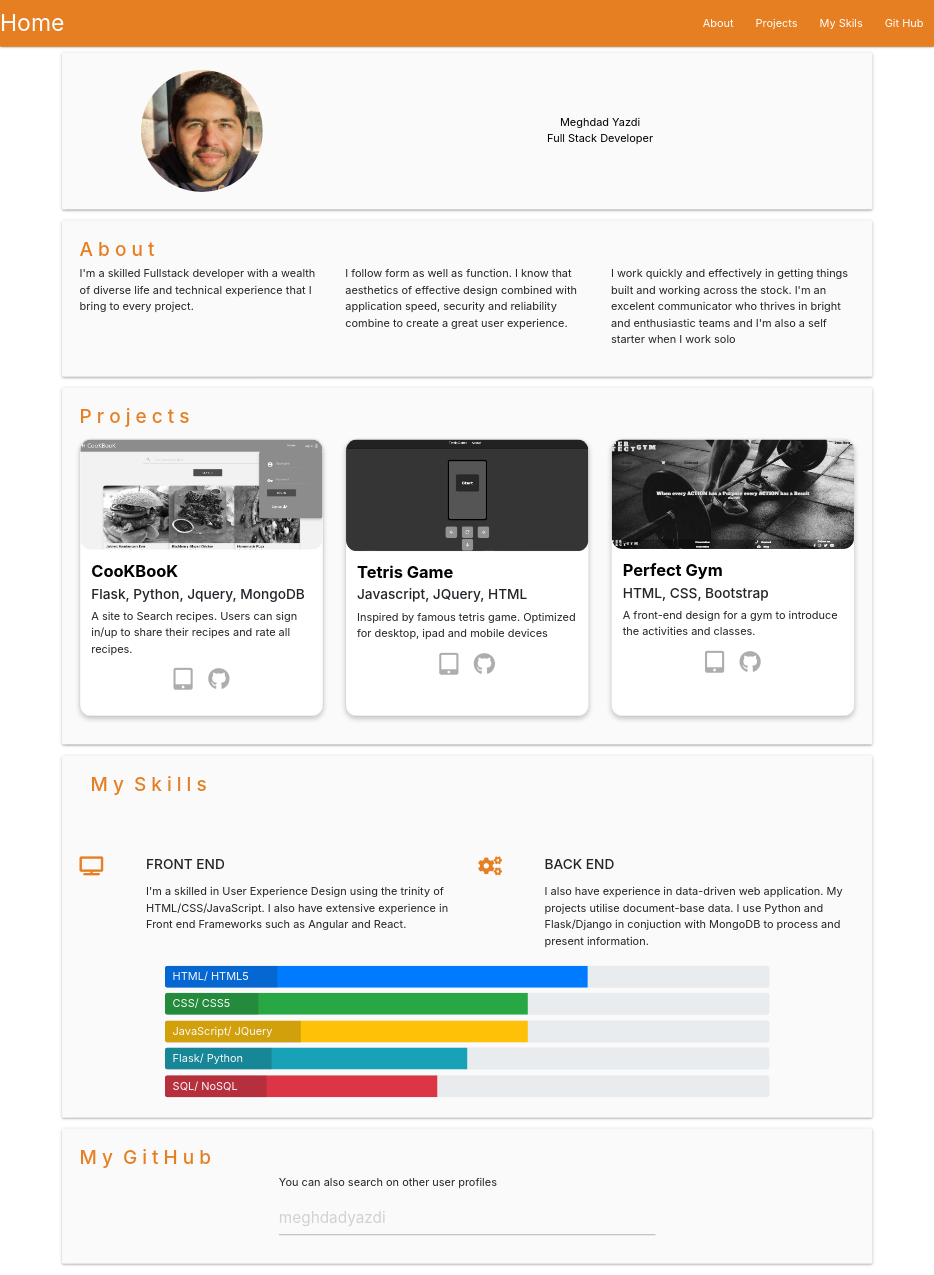
Repository: meghdadyazdi/SD_Res
Page: index.html
The author's editor kept a record of every edit. The page is drawn from the files as they stood at one moment, then again after the next edit.
The browser window is 1280 px wide. The pictures show the whole page, at 73% of full size.
Some web libraries are served in a nearby version.

Above is the page before.
Console error: ReferenceError: $ is not defined

### index.html
<!DOCTYPE html>
<html lang="en">

<head>
  <meta charset="UTF-8">
  <meta name="viewport" content="width=device-width, initial-scale=1.0">
  <meta http-equiv="X-UA-Compatible" content="ie=edge">
  <link rel="stylesheet" href="https://cdnjs.cloudflare.com/ajax/libs/materialize/1.0.0/css/materialize.min.css">
  <link href="https://fonts.googleapis.com/icon?family=Material+Icons" rel="stylesheet">
  <link rel="stylesheet" href="assets/style.css" type="text/css" />
  <link href="https://fonts.googleapis.com/css?family=Raleway:100,100i,200,200i,300,300i,400,400i,500,500i,600,600i,700,700i,800,800i,900,900i&display=swap&subset=latin-ext" rel="stylesheet">
  <link rel="stylesheet" href="https://stackpath.bootstrapcdn.com/bootstrap/4.4.1/css/bootstrap.min.css" integrity="sha384-Vkoo8x4CGsO3+Hhxv8T/Q5PaXtkKtu6ug5TOeNV6gBiFeWPGFN9MuhOf23Q9Ifjh" crossorigin="anonymous">
  <link href="https://fonts.googleapis.com/css?family=Roboto+Slab:400,700&display=swap" rel="stylesheet">
  <link rel="stylesheet" href="https://use.fontawesome.com/releases/v5.6.1/css/all.css"
		integrity="sha384-gfdkjb5BdAXd+lj+gudLWI+BXq4IuLW5IT+brZEZsLFm++aCMlF1V92rMkPaX4PP" crossorigin="anonymous">
  <link href="https://fonts.googleapis.com/css?family=Dosis&display=swap" rel="stylesheet">
  <script type="text/javascript" src="assets/js/github-information.js"></script>
  <title>Meghdad Yazdi's Resume</title>
</head>

<body>



  <nav>
    <div class="nav-wrapper">
      <a href="#index.html" class="brand-logo">Home</a>
      <a href="#" data-target="mobile-demo" class="sidenav-trigger"><i class="material-icons">menu</i></a>
      <ul class="right hide-on-med-and-down">
        <li><a href="#about">About</a></li>
        <li><a href="#projects">Projects</a></li>
        <li><a href="#skills">My Skils</a></li>
        <li><a href="#github">Git Hub</a></li>
      </ul>
    </div>
    <ul class="sidenav text-font" id="mobile-demo">
        <li><a href="#about">About</a></li>
        <li><a href="#projects">Projects</a></li>
        <li><a href="#skills">My Skils</a></li>
        <li><a href="#github">Git Hub</a></li>
    </ul>
  </nav>


  <section class="container">
    <div class="card-panel grey lighten-5 z-depth-1">
      <div class="row valign-wrapper">
        <div class="col-sm-4 center">
          <!--<div class="col my_img">-->
          <img src="assets/images/meghdad_res2.jpg" alt="" class="circle responsive-img center">
          <!-- notice the "circle" class -->
          <!--</div>-->
        </div>
        <div class="col-sm-8 center">
          <div class="row">
            <div class="col-sm-12 center">
              <span class="black-text name-font">
                Meghdad Yazdi
              </span>
            </div>
            <div class="col-sm-12 center">
              <span class="black-text my-font">
                Full Stack Developer
              </span>
            </div>
          </div>
        </div>
      </div>
    </div>
  </section>

  <section class="container">
    <div class="card-panel grey lighten-5 z-depth-1">
      <div class="row">
        <div class="col-sm-12 text-font">
          <h3 id="about" class="three-reasons-icon">A b o u t</h3>
        </div>
        <div class="col-sm-6 col-md-4 text-font m0">

          <p>
            I'm a skilled Fullstack developer with a wealth of diverse life and technical experience that I bring to every project.
          </p>
        </div>
        <div class="col-sm-6 col-md-4 text-font m0">
          <!--<h3>HOW DO I DO IT?</h3>-->
          <p>
            I follow form as well as function. I know that aesthetics of effective design combined with application speed, security and reliability combine to create a great user experience.
          </p>
        </div>
        <div class="col-sm-6 col-md-4 text-font m0">
          <!--<h3>WHY HIRE ME</h3>-->
          <p>
            I work quickly and effectively in getting things built and working across the stock. I'm an excelent communicator who thrives in bright and enthusiastic teams and I'm also a self starter when I work solo
          </p>
        </div>
      </div>
    </div>
  </section>


  <section class="container">
    <div class="card-panel grey lighten-5 z-depth-1">

      <div class="row align-items-center">
        <div class="col-sm-12 text-font">
          <h3 id="projects" class="three-reasons-icon">P r o j e c t s</h3>
        </div>

      <div class="col-sm-12 col-md-6 col-lg-4">
      <div id="cook" class="card">
        <img id="img-cook"  src="assets/images/cookbook.png" alt="CooKBooK" class="work-img" style="width:100%">
        <div class="container">
          <h4><b>CooKBooK</b></h4>
          <h5>Flask, Python, Jquery, MongoDB</h5>
          <p>A site to Search recipes. Users can sign in/up to share their recipes and rate all recipes.</p>
          <div class="par"><a href="https://cookbook-meghdad.herokuapp.com" target="_blank"><i class="fas fa-tablet-alt"></i></a>
          &nbsp&nbsp&nbsp&nbsp<a href="https://github.com/meghdadyazdi/cookbook" target="_blank"><i class="fab fa-github"></i></a></div>
        </div>
      </div>
      </div>


      <div class="col-sm-12 col-md-6 col-lg-4">
      <div id="tetris" class="card">
        <img id="img-tetris" src="assets/images/Tetris.png" alt="Tetris Game" class="work-img" style="width:100%">
        <div class="container">
          <h4><b>Tetris Game</b></h4>
          <h5>Javascript, JQuery, HTML</h5>
          <p>Inspired by famous tetris game. Optimized for desktop, ipad and mobile devices</p>
          <div class="par"><a href="https://meghdadyazdi.github.io/IFD-Milestone/" target="_blank"><i class="fas fa-tablet-alt"></i></a>
          &nbsp&nbsp&nbsp&nbsp<a href="https://github.com/meghdadyazdi/IFD-Milestone" target="_blank"><i class="fab fa-github"></i></a></div>
        </div>
      </div>
      </div>


      <div class="col-sm-12 col-md-6 col-lg-4">
      <div id="gym" class="card">
        <img id="img-gym" src="assets/images/gym.png" alt="Gym" class="work-img" style="width:100%">
        <div class="container">
          <h4><b>Perfect Gym</b></h4>
          <h5>HTML, CSS, Bootstrap</h5>
          <p>A front-end design for a gym to introduce the activities and classes.</p>
          <div class="par"><a href="https://meghdadyazdi.github.io/UCFD-Milestone/index.html" target="_blank"><i class="fas fa-tablet-alt"></i></a>
          &nbsp&nbsp&nbsp&nbsp<a href="https://github.com/meghdadyazdi/UCFD-Milestone" target="_blank"><i class="fab fa-github"></i></a></div>
        </div>
      </div>
      </div>

      </div>

    </div>
  </section>

  <section class="container">
    <div class="card-panel grey lighten-5 z-depth-1">

                <div class="col-sm-12 text-font">
                   <h3 id="skills" class="three-reasons-icon">M y  &nbspS k i l l s</h3>
                </div>
                <div class="row">
                    <div class="col-10 offset-1 offset-sm-0 col-sm-6">
                        <div class="row">
                            <div class="col-2">
                                <i class="three-reasons-icon fa fa-tv" aria-hiden="true"></i>
                            </div>
                            <div class="col-10">
                                <h5 class="three-reasons-heading uppercase">FRONT END</h5>
                                <p>I'm a skilled in User Experience Design using the trinity of HTML/CSS/JavaScript.
                                I also have extensive experience in Front end Frameworks such as Angular and React.
                                </p>
                            </div>
                        </div>
                    </div>
                    <div class="col-10 offset-1 offset-sm-0 col-sm-6">
                        <div class="row">
                            <div class="col-2">
                                <i class="three-reasons-icon fa fa-cogs" aria-hiden="true"></i>
                            </div>
                            <div class="col-10">
                                <h5 class="three-reasons-heading uppercase">BACK END</h5>
                                <p>
                                    I also have experience in data-driven web application. My projects utilise document-base data. I use Python and Flask/Django in conjuction with MongoDB to process and present information.
                                </p>
                            </div>
                        </div>
                    </div>
                </div>


                <div class="row progress-section">
                    <div class="col">
                        <div class="progress">
                            <div class="progress-bar" role="progressbar" aria-valuenow="90" aria-valuemin="0" aria-valuemax="100" style="width:70%;">
                                <span class="sr-only">70% complete</span>
                            </div>
                            <span class="progress-type progress-font">HTML/ HTML5</span>
                        </div>
                        <div class="progress">
                            <div class="progress-bar bg-success" role="progressbar" aria-valuenow="70" aria-valuemin="0" aria-valuemax="100" style="width:60%;">
                                <span class="sr-only">600% complete</span>
                            </div>
                            <span class="progress-type progress-font">CSS/ CSS5</span>
                        </div>

                        <div class="progress">
                            <div class="progress-bar bg-warning" role="progressbar" aria-valuenow="80" aria-valuemin="0" aria-valuemax="100" style="width:60%;">
                                <span class="sr-only">60% complete</span>
                            </div>
                            <span class="progress-type progress-font">JavaScript/ JQuery</span>
                        </div>
                        <div class="progress">
                            <div class="progress-bar bg-info" role="progressbar" aria-valuenow="75" aria-valuemin="0" aria-valuemax="100" style="width:50%;">
                                <span class="sr-only">50% complete</span>
                            </div>
                            <span class="progress-type progress-font">Flask/ Python</span>
                        </div>
                        <div class="progress">
                            <div class="progress-bar bg-danger" role="progressbar" aria-valuenow="80" aria-valuemin="0" aria-valuemax="100" style="width:45%;">
                                <span class="sr-only">45% complete</span>
                            </div>
                            <span class="progress-type progress-font">SQL/ NoSQL</span>
                        </div>
                    </div>
                </div>

    </div>
  </section>

  <section class="container">
    <div class="card-panel grey lighten-5 z-depth-1">
      <div class="row bg-color-contact">

        <div class="col-sm-12 text-font">
                   <h3 id="github" class="three-reasons-icon">M y &nbspG i t H u b</h3>
                </div>

        <div class="col-md-6 offset-md-3 center-form text-font">

          <p>
            You can also search on other user profiles
          </p>

        </div>
        <div class="col-md-6 offset-md-3 center-form text-font">
          <input type="text" id="gh-username" placeholder="meghdadyazdi" value="" oninput="fetchGitHubInformation()" />
          <div id="gh-user-data"></div>
          <div id="gh-repo-data"></div>
        </div>
      </div>
    </div>
  </section>












</body>
<script src="https://cdnjs.cloudflare.com/ajax/libs/jquery/3.4.1/jquery.min.js" integrity="sha256-CSXorXvZcTkaix6Yvo6HppcZGetbYMGWSFlBw8HfCJo=" crossorigin="anonymous"></script>
<script src="https://cdnjs.cloudflare.com/ajax/libs/materialize/1.0.0/js/materialize.min.js"></script>
<script type="text/javascript" src="assets/js/jquery.js"></script>
<script type="text/javascript" src="">
  $(document).ready(function() {
    $('.sidenav').sidenav();
  });
</script>

</html>

### assets/style.css
@import url('https://fonts.googleapis.com/css?family=Roboto:100,200,300,400,500,600,700|Exo:100,200,300,400,500,600,700');

nav {
    background-color: #e67e22;
}

.sidenav {
    width: 120px;
}

.row .col.m2 {
    width: 50%;
    margin: 0;
}

.row .col.s12 {
    width: 50%;
    margin: 0;
}

.card-panel{
    position: relative;
}

.dark-bg{
    background-color: #676767;
}

.center {
  display: block;
  margin-left: auto;
  margin-right: auto;
  width: 50%;
}

img.responsive-img, video.responsive-video {
    max-width: 50%;
}
.name_font{
    /*font-family: 'Dosis', sans-serif;*/
    font-family: "Roboto", sans-serif;
    font-size: 2.5rem;
    font-weight: 400;
    text-align: center;
}
.my_font{
    /*font-family: 'Dosis', sans-serif;*/
    font-family: "Roboto", sans-serif;
    font-size: 2rem;
    /*text-align: center;*/
    font-weight: 100;
}
.text_font{
    /*font-family: 'Dosis', sans-serif;*/
    font-family: "Exo", sans-serif;
    font-size: 1rem;
    /*text-align: center;*/
    font-weight: 400;
}
.row{
    margin: 0;
}

.m0{
  margin: 0 !important;
}

.p0{
  padding: 0 !important;
}

.row .col-sm-6{
  margin-top: 5rem;
}

a:hover {
    color: #fff !important;
    text-decoration: none !important;
}

.card {
  box-shadow: 0 4px 8px 0 rgba(0,0,0,0.2);
  transition: 0.3s;
  width: 100%;
  height: 380px;
  border-radius: 15px !important;
  border: 0px solid rgba(0,0,0,.125);
}

.card:hover {
  box-shadow: 0 8px 90px 0 rgba(0,0,0,1);
}

.mauto{
  margin: auto !important;
}

.fa-tablet-alt{
  font-size: 30px;
  color: #adadad
}

.fa-tablet-alt:hover{
  transform: rotate(5deg);
  color: #5a5a5a;
}

.fa-github{
  font-size: 30px;
  color: #adadad
}

.fa-github:hover{
  transform: rotate(5deg);
  color: #5a5a5a;
}

.par{
  text-align: center;
}

.work-img{
  filter: grayscale(100%);
}

#img-cook,
#img-tetris,
#img-gym{
  border-radius: 15px;
}

h4{
  margin-top: 1rem !important;
  color: #000;
}

.card-img{

}

/*__________________________Skils______________________________*/

.progress{
    position: relative;
    height: 30px !important;
    margin-bottom: 4px;
}

.progress-type{
    position: absolute;
    left: 0;
    font-weight: 400;
    padding: 4px 39px 19px 10px;
    color: #fafafa;
    background-color: rgba(25,25,25,.2)
}

.progress-section{
    margin: 0px auto!important;
    width: 80%;
}

.progress-font{
  font-size: 15px;
}

/*___________________________three reason___________________________________*/

.three-reasons-icon{
    font-size: 26px;
    color: #e67e22;
}

.three-reasons-heading{
    margin-bottom: 15px;
}


/*__________________________Github_____________________________*/
#search-area {
  display: block;
  max-width: 70%;
  margin: 0 auto;
  background: #fff;
  padding: 15px 25px;
  -webkit-box-shadow: 1px 2px 3px -1px rgba(0, 0, 0, 0.4);
  -moz-box-shadow: 1px 2px 3px -1px rgba(0, 0, 0, 0.4);
  box-shadow: 1px 2px 3px -1px rgba(0, 0, 0, 0.4);
  -webkit-border-radius: 4px;
  -moz-border-radius: 4px;
  border-radius: 4px;
}

#gh-api-data {
  display: block;
  padding: 25px 0;
}

#loader {
  display: block;
  width: 200px;
  height: 200px;
  margin: 0 auto;
}


/* page content styles */

.small-name {
  font-size: 0.75em;
  color: #a9a9a9;
  font-style: italic;
}

.avi {
  float: left;
  margin-right: 7px;
  margin-bottom: 7px;
}

.avi img {
  border: 1px solid #ccc;
  padding: 3px;
}

.repo-list {
  display: block;
  clear: both;
  width: 100%;
}

.repo-list ul {
  font-size: 1.2em;
}

.repo-list ul li {
  display: block;
}

.repo-list ul li a {
  font-weight: bold;
  padding: 6px 9px;
  display: block;
  float: left;
  margin-right: 10px;
  margin-bottom: 10px;
  text-decoration: none;
  border: 1px solid #356492;
  -webkit-border-radius: 3px;
  -moz-border-radius: 3px;
  border-radius: 3px;
  color: #fff;
  background-color: #3673af;
  background-image: -webkit-gradient(linear, left top, left bottom, from(#5597d8), to(#3673af));
  background-image: -webkit-linear-gradient(top, #5597d8, #3673af);
  background-image: -moz-linear-gradient(top, #5597d8, #3673af);
  background-image: -ms-linear-gradient(top, #5597d8, #3673af);
  background-image: -o-linear-gradient(top, #5597d8, #3673af);
  background-image: linear-gradient(top, #5597d8, #3673af);
}

.repo-list ul li a:hover {
  background-color: #396895;
  background-image: -webkit-gradient(linear, left top, left bottom, from(#4b87c2), to(#396895));
  background-image: -webkit-linear-gradient(top, #4b87c2, #396895);
  background-image: -moz-linear-gradient(top, #4b87c2, #396895);
  background-image: -ms-linear-gradient(top, #4b87c2, #396895);
  background-image: -o-linear-gradient(top, #4b87c2, #396895);
  background-image: linear-gradient(top, #4b87c2, #396895);
}

.repo-list ul li a:active {
  -webkit-box-shadow: inset 0 3px 5px rgba(0, 0, 0, 0.25);
  -moz-box-shadow: inset 0 3px 5px rgba(0, 0, 0, 0.25);
  box-shadow: inset 0 3px 5px rgba(0, 0, 0, 0.25);
}

.repo-list ul li a span {
  font-family: "Courier New", Courier, "Lucida Typewriter", monospace;
  font-size: 0.9em;
}

/* input field */

#gh-username {
  display: block;
  padding: 0;
  font-size: 1.4em;
  color: #666;
  /*max-width: 550px;*/
  margin-bottom: 15px;
}


#gh-submit {
  display: inline-block;
  padding: 8px 18px;
  font-size: 14px;
  font-weight: bold;
  color: #444;
  text-decoration: none;
  text-shadow: 0 1px 0 rgba(255, 255, 255, 0.8);
  background-color: #eaeaea;
  background-image: -webkit-linear-gradient(#fafafa, #eaeaea);
  background-image: -moz-linear-gradient(#fafafa, #eaeaea);
  background-image: -ms-linear-gradient(top, #fafafa, #eaeaea);
  background-image: -o-linear-gradient(top, #fafafa, #eaeaea);
  background-image: linear-gradient(#fafafa, #eaeaea);
  border-radius: 3px;
  border: 1px solid #ddd;
  border-bottom-color: #c5c5c5;
  -webkit-box-shadow: 0 1px 3px rgba(0, 0, 0, 0.05);
  -moz-box-shadow: 0 1px 3px rgba(0, 0, 0, 0.05);
  box-shadow: 0 1px 3px rgba(0, 0, 0, 0.05);
}

#gh-submit:hover {
  background-color: #dadada;
  background-image: -webkit-linear-gradient(#eaeaea, #dadada);
  background-image: -moz-linear-gradient(#eaeaea, #dadada);
  background-image: -ms-linear-gradient(top, #eaeaea, #dadada);
  background-image: -o-linear-gradient(top, #eaeaea, #dadada);
  background-image: linear-gradient(#eaeaea, #dadada);
  border-color: #ccc #ccc #b5b5b5;
}

#gh-submit:active {
  background-color: #dadada;
  background-image: none;
  border-color: #b5b5b5;
  -webkit-box-shadow: inset 0 3px 5px rgba(0, 0, 0, 0.25);
  -moz-box-shadow: inset 0 3px 5px rgba(0, 0, 0, 0.25);
  box-shadow: inset 0 3px 5px rgba(0, 0, 0, 0.25);
}

### assets/js/github-information.js
function userInformationHTML(user) {
    return `
        <h2>${user.name}
            <span class="small-name">
                (@<a href="${user.html_url}" target="_blank">${user.login}</a>)
            </span>
        </h2>
        <div class="gh-content">
            <div class="gh-avatar">
                <a href="${user.html_url}" target="_blank">
                    <img src="${user.avatar_url}" width="80" height="80" alt="${user.login}" />
                </a>
            </div>
            <p>Followers: ${user.followers} - Following ${user.following} <br> Repos: ${user.public_repos}</p>
        </div>`;
}

function repoInformationHTML(repos) {
    if (repos.length == 0) {
        return `<div class="clearfix repo-list">No repos!</div>`;
    }

    var listItemsHTML = repos.map(function(repo) {
        return `<li>
                    <a href="${repo.html_url}" target="_blank">${repo.name}</a>
                </li>`;
    });

    return `<div class="clearfix repo-list">
                <p>
                    <strong>Repo List:</strong>
                </p>
                <ul>
                    ${listItemsHTML.join("\n")}
                </ul>
            </div>`;
}

function fetchGitHubInformation(event) {
    $("#gh-user-data").html("");
    $("#gh-repo-data").html("");

    var username = $("#gh-username").val();
    if (!username) {
        $("#gh-user-data").html(`<h6>Please enter a GitHub username</h6>`);
        return;
    }

    $("#gh-user-data").html(
        `<div id="loader">
            <img src="images/loader.gif" alt="loading..." />
        </div>`);

    $.when(
        $.getJSON(`https://api.github.com/users/${username}`),
        $.getJSON(`https://api.github.com/users/${username}/repos`)
    ).then(
        function(firstResponse, secondResponse) {
            var userData = firstResponse[0];
            var repoData = secondResponse[0];
            $("#gh-user-data").html(userInformationHTML(userData));
            $("#gh-repo-data").html(repoInformationHTML(repoData));
        },
        function(errorResponse) {
            if (errorResponse.status === 404) {
                $("#gh-user-data").html(
                    `<h2>No info found for user ${username}</h2>`);
            } else if (errorResponse.status === 403) {
                var resetTime = new Date(errorResponse.getResponseHeader('X-RateLimit-Reset') * 1000);
                $("#gh-user-data").html(`<h4>Too many requests, please wait until ${resetTime.toLocaleTimeString()}</h4>`);
            }
            else {
                console.log(errorResponse);
                $("#gh-user-data").html(
                    `<h2>Error: ${errorResponse.responseJSON.message}</h2>`);
            }
        });
}

$(document).ready(fetchGitHubInformation);

### assets/js/jquery.js
$(document).ready(function(){
    $('.sidenav').sidenav();
    $('#cook').mouseenter(function (){
        $('#img-cook').removeClass('work-img');
    });
    $('#cook').mouseleave(function (){
        $('#img-cook').addClass('work-img');
    });
    $('#tetris').mouseenter(function (){
        $('#img-tetris').removeClass('work-img');
    });
    $('#tetris').mouseleave(function (){
        $('#img-tetris').addClass('work-img');
    });
    $('#gym').mouseenter(function (){
        $('#img-gym').removeClass('work-img');
    });
    $('#gym').mouseleave(function (){
        $('#img-gym').addClass('work-img');
    });

    $("a").on('click', function(event) {

    // Make sure this.hash has a value before overriding default behavior
    if (this.hash !== "") {
      // Prevent default anchor click behavior
      event.preventDefault();

      // Store hash
      var hash = this.hash;

      // Using jQuery's animate() method to add smooth page scroll
      // The optional number (800) specifies the number of milliseconds it takes to scroll to the specified area
      $('html, body').animate({
        scrollTop: $(hash).offset().top
      }, 1000, function(){

        // Add hash (#) to URL when done scrolling (default click behavior)
        window.location.hash = hash;
      });
    } // End if
  });
  });

After the next edit:
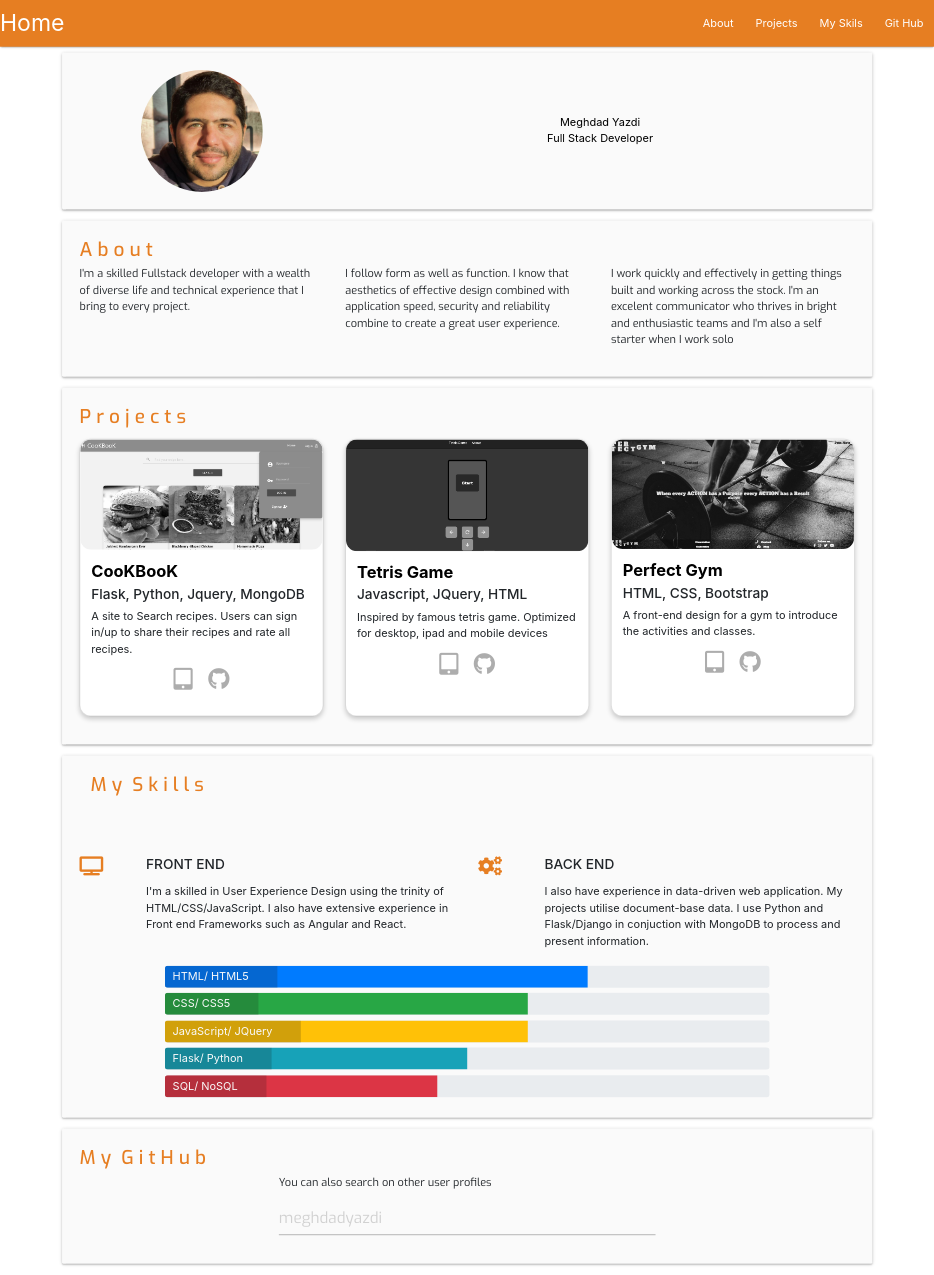
The edit:
--- a/assets/style.css
+++ b/assets/style.css
@@ -50,7 +50,7 @@
     /*text-align: center;*/
     font-weight: 100;
 }
-.text_font{
+.text-font{
     /*font-family: 'Dosis', sans-serif;*/
     font-family: "Exo", sans-serif;
     font-size: 1rem;
